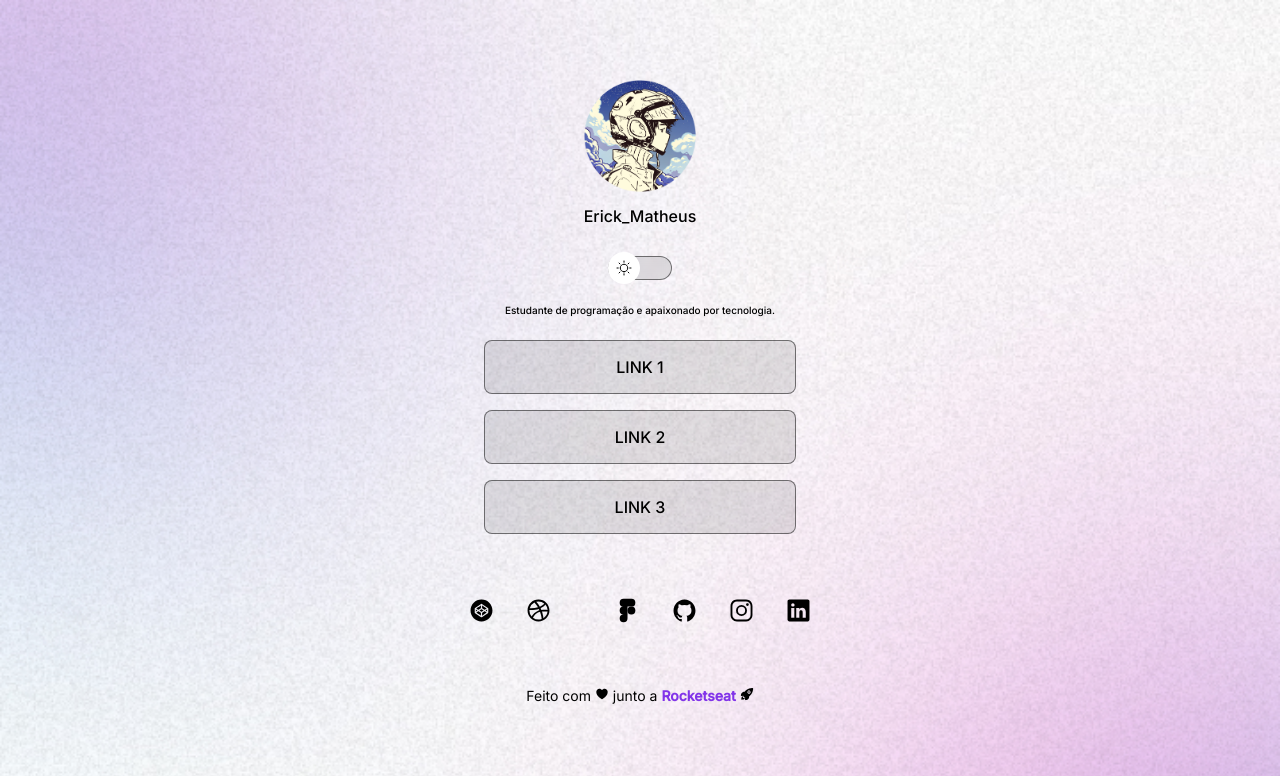
Repository: e-rickmatheus/project_dev_links
Page: index.html
The author's editor kept a copy of each file at every save. The page is drawn from the files as they stood at one save, then again after a run of saves.
The browser window is 1280 px wide. The pictures show the whole page.

Above is the page before, as saved 2025-04-11 17:42:39.

After the next 2 saves:
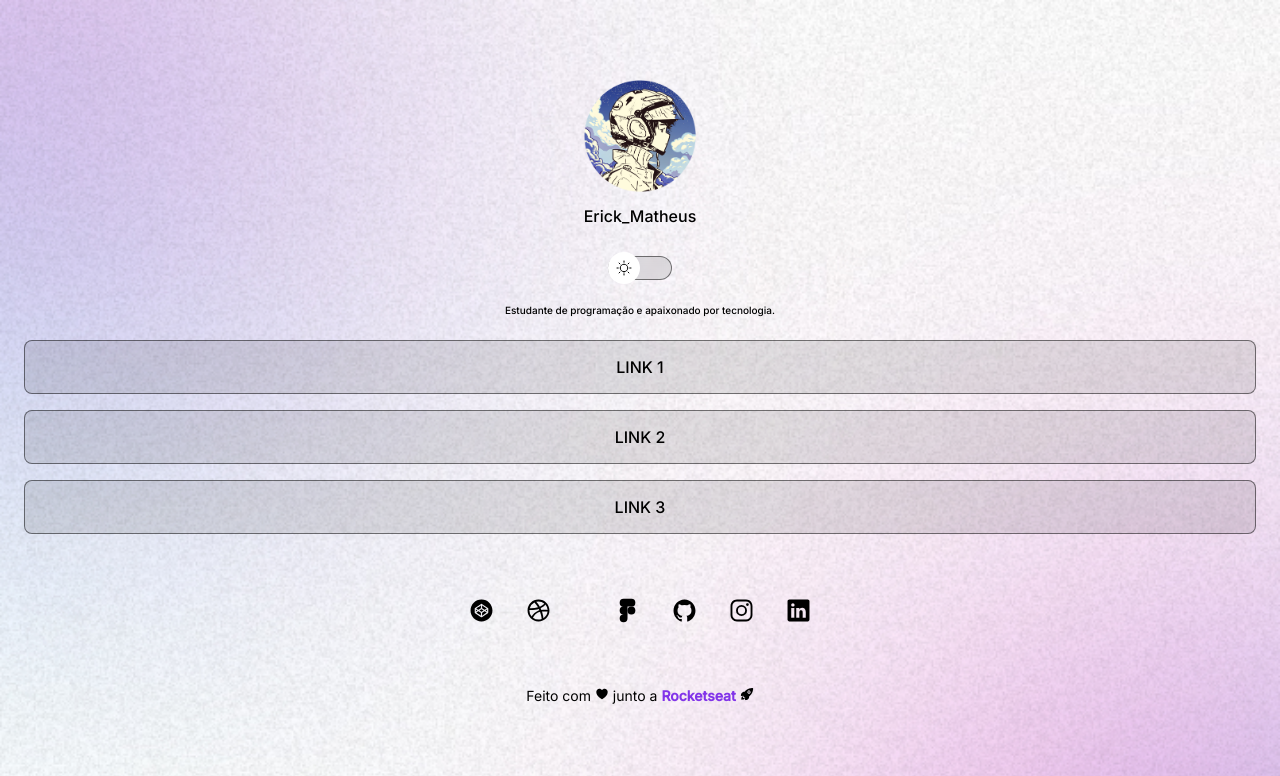
The 2 saves are shown as one change because they came seconds apart.
The last was saved 2 days later.
--- a/style.css
+++ b/style.css
@@ -72,7 +72,7 @@ body * { /* todos os elementos dentro do body */
 }
 
 #container {
-  width:  360px;
+  width:  100%;
   margin: 56px auto 0px;
   display: block;
   padding: 0 24px;
